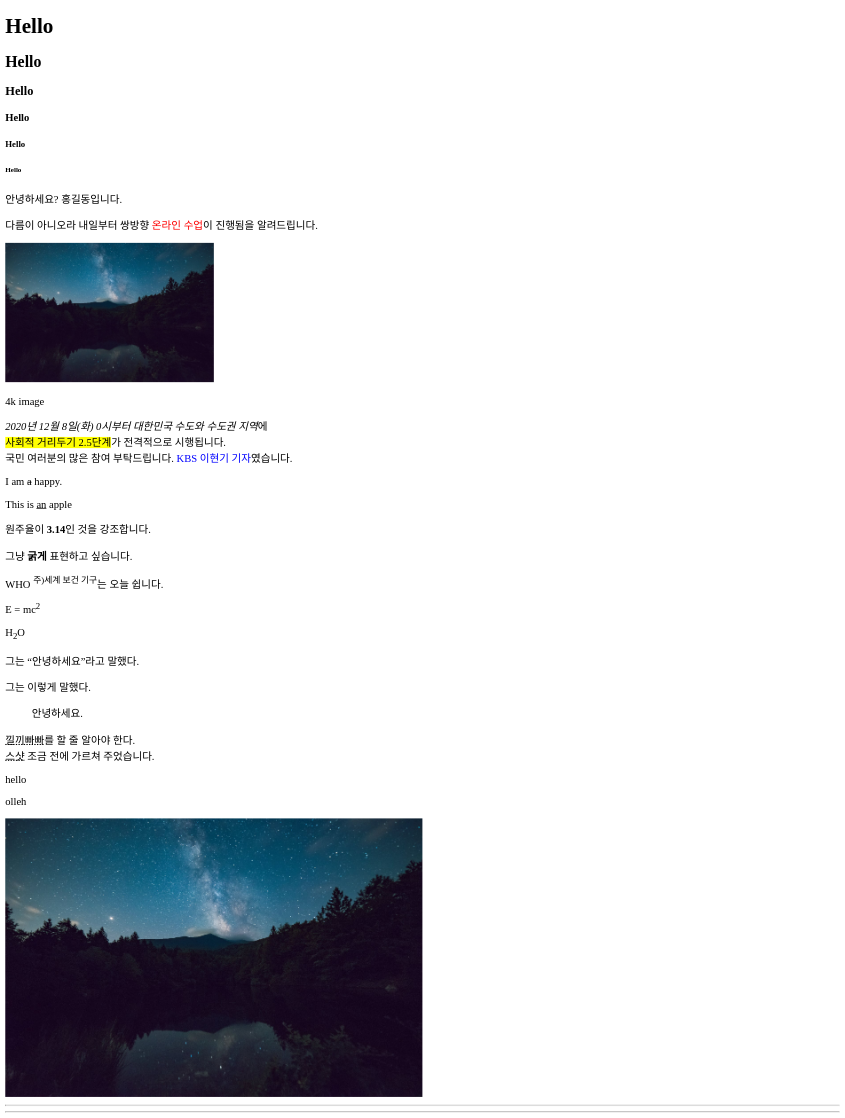
Repository: woneeseo/javastudy
Page: htmlStudy/workspace_html/HelloWorld/WebContent/f.html
An editor plug-in stored every save of this project. The page is shown before and after the next save, followed by the edit.
The browser window is 1280 px wide. The pictures show the whole page, at 66% of full size.

Above is the page before, as saved 2020-12-07 06:16:34.

After the next save:
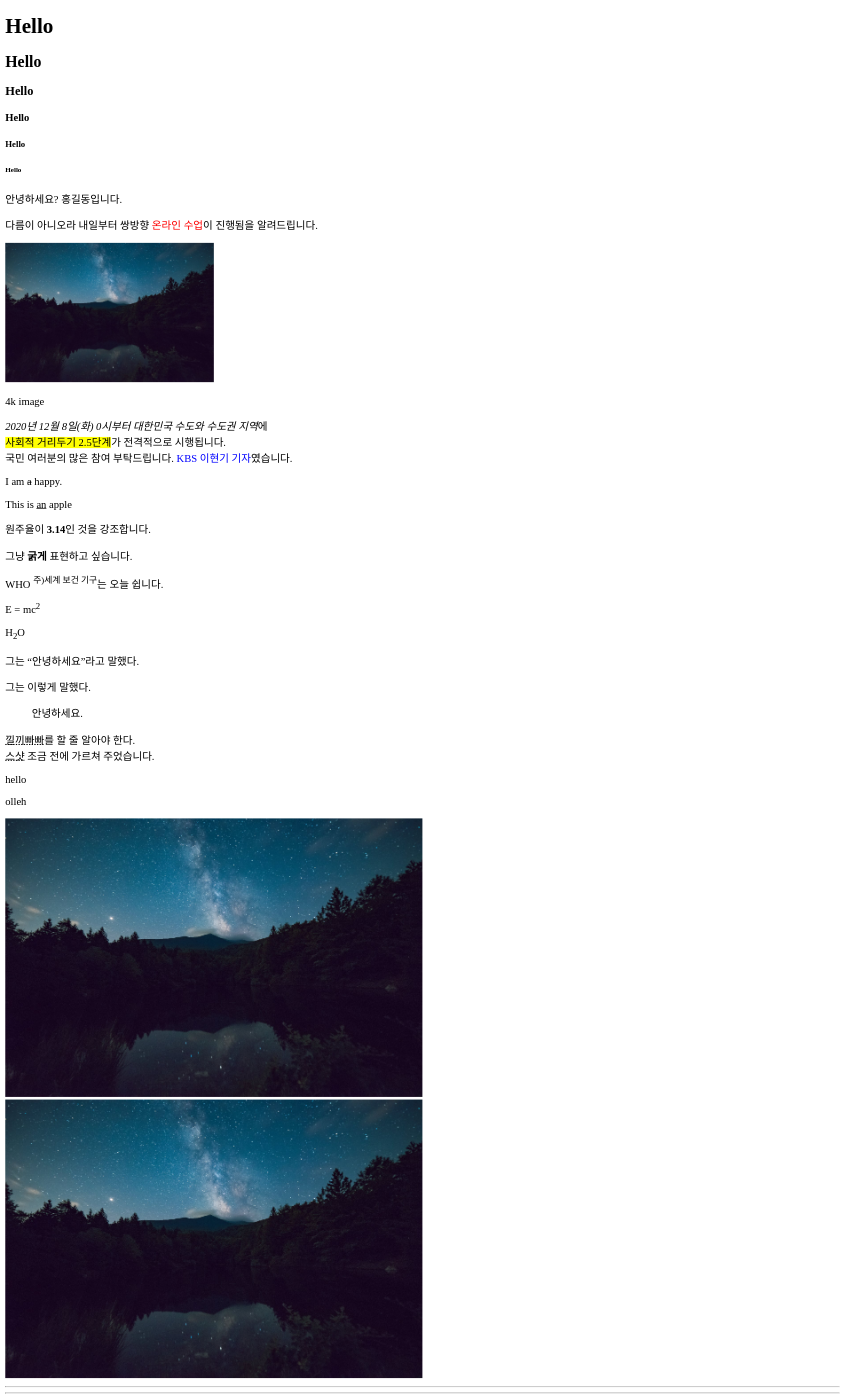
Saved 5 min 18 s later.
--- a/htmlStudy/workspace_html/HelloWorld/WebContent/f.html
+++ b/htmlStudy/workspace_html/HelloWorld/WebContent/f.html
@@ -95,6 +95,19 @@
 <a href="https://www.nate.com">
 <img alt="4k image" src="test.jpeg" style="width: 50%; height: 50%;">
 </a>
+<!-- 이미지 파일에 하이퍼링크 달기 : img태그를 a태그로 감싸기 -->
+
+<img alt="4k image" src="test.jpeg" style="width: 50%; height: 50%;" usemap="#myMap">
+
+
+<map id="myMap">
+
+	<area alt="이미지의 왼쪽" shape="rect" coords="0, 0, 100, 100" href="https://www.google.com">
+	<area alt="이미지의 왼쪽" shape="rect" coords="101, 101, 200, 200" href="https://www.naver.com">
+
+</map>
+
+
 
 <hr>
 <hr>
